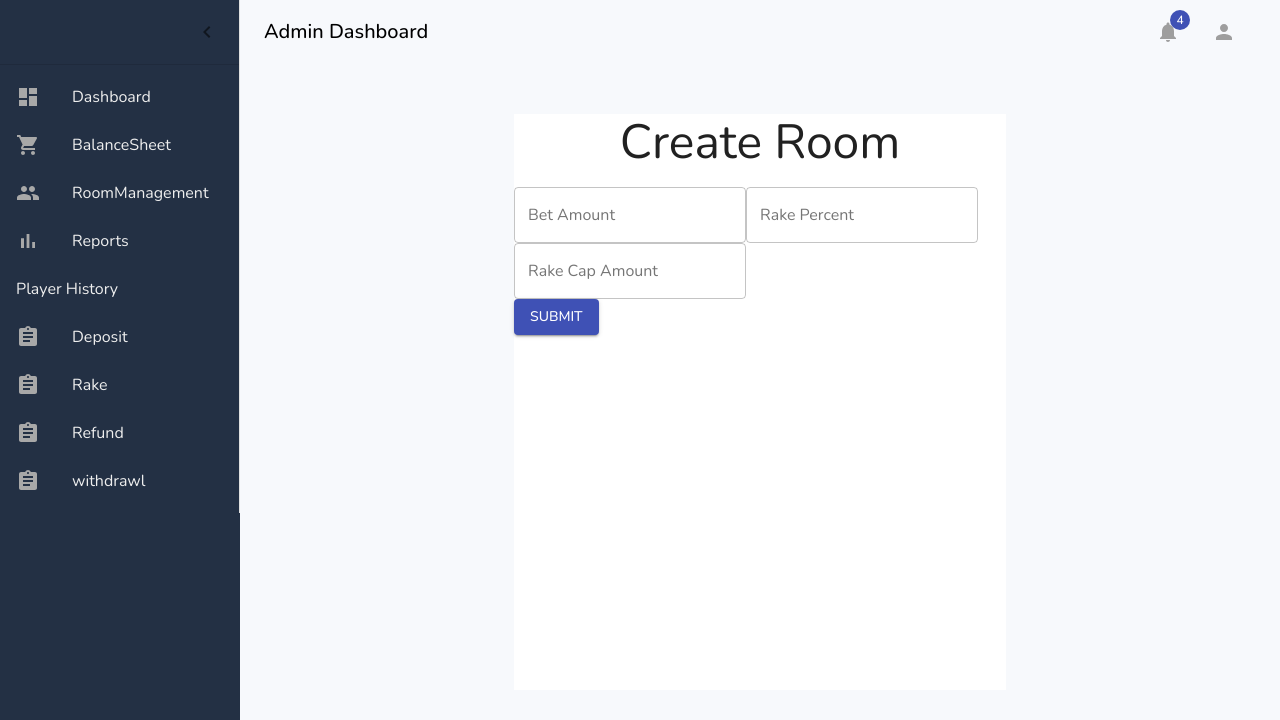
Repository: imayankbisht/ludofrontend
Page: /create
The author's editor kept a copy of each file at every save. The page is drawn from the files as they stood at one save, then again after a run of saves.
The browser window is 1280 px wide. The pictures show the whole page.
The project was rebuilt for these pictures with package versions that can differ from the ones it lists, and the page was loaded fresh each time. Also part of the build but not shown: src/Components/Title.js, src/Components/Cards/Deposits.js, src/Components/Cards/Cashout.js, src/Components/Cards/Netbalance.js, src/Components/Cards/Rake.js, src/Components/Cards/Refund.js, src/Components/UserControl.js, src/Components/UserTable.js and 5 more.

Above is the page before, as saved 2021-01-20 12:41:19.

After the next 3 saves:
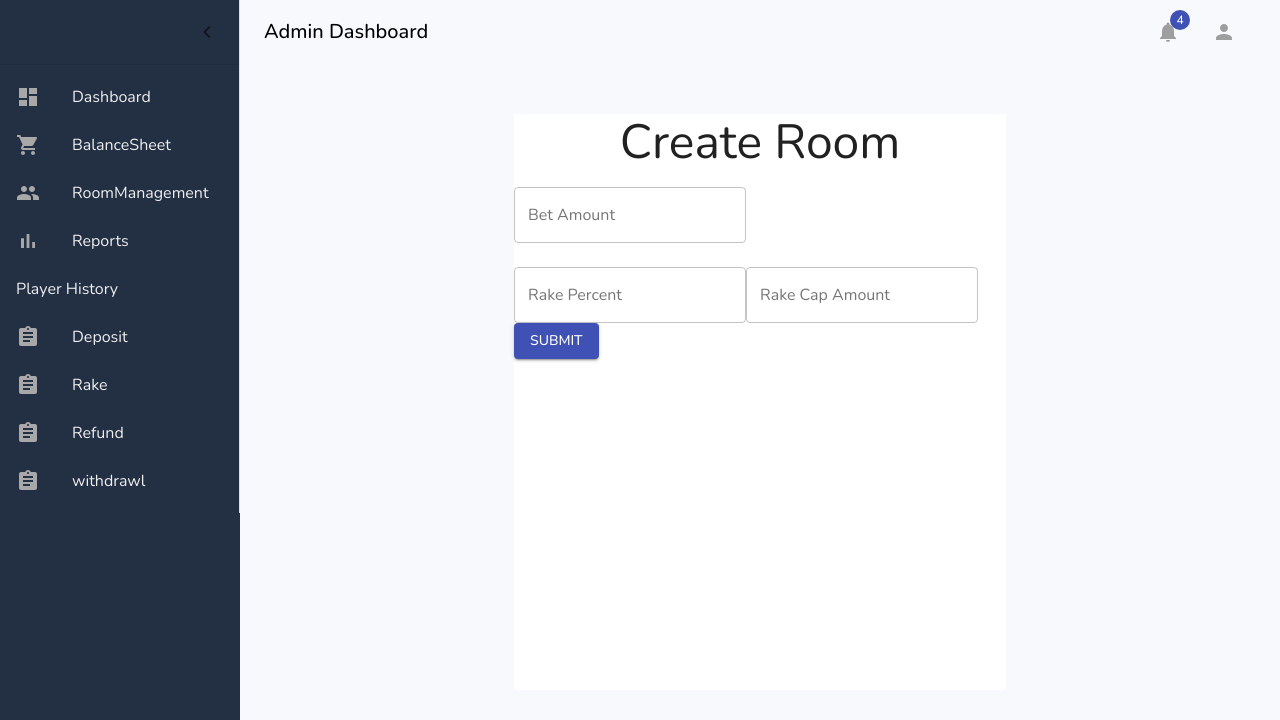
The 3 saves are shown as one change because 2 did not build or start.
The last was saved 53 s later.
--- a/src/Components/UserForm.js
+++ b/src/Components/UserForm.js
@@ -66,6 +66,8 @@ export default function UserForm(props){
                         value={betAmount}
                         onChange={(e)=>{setBetamount(e.target.value)}}
                       />
+                        </Grid>
+                        <Grid item sm={4} md={12}>
                       <TextField
                         label="Rake Percent"
                         name="rakePercent"
